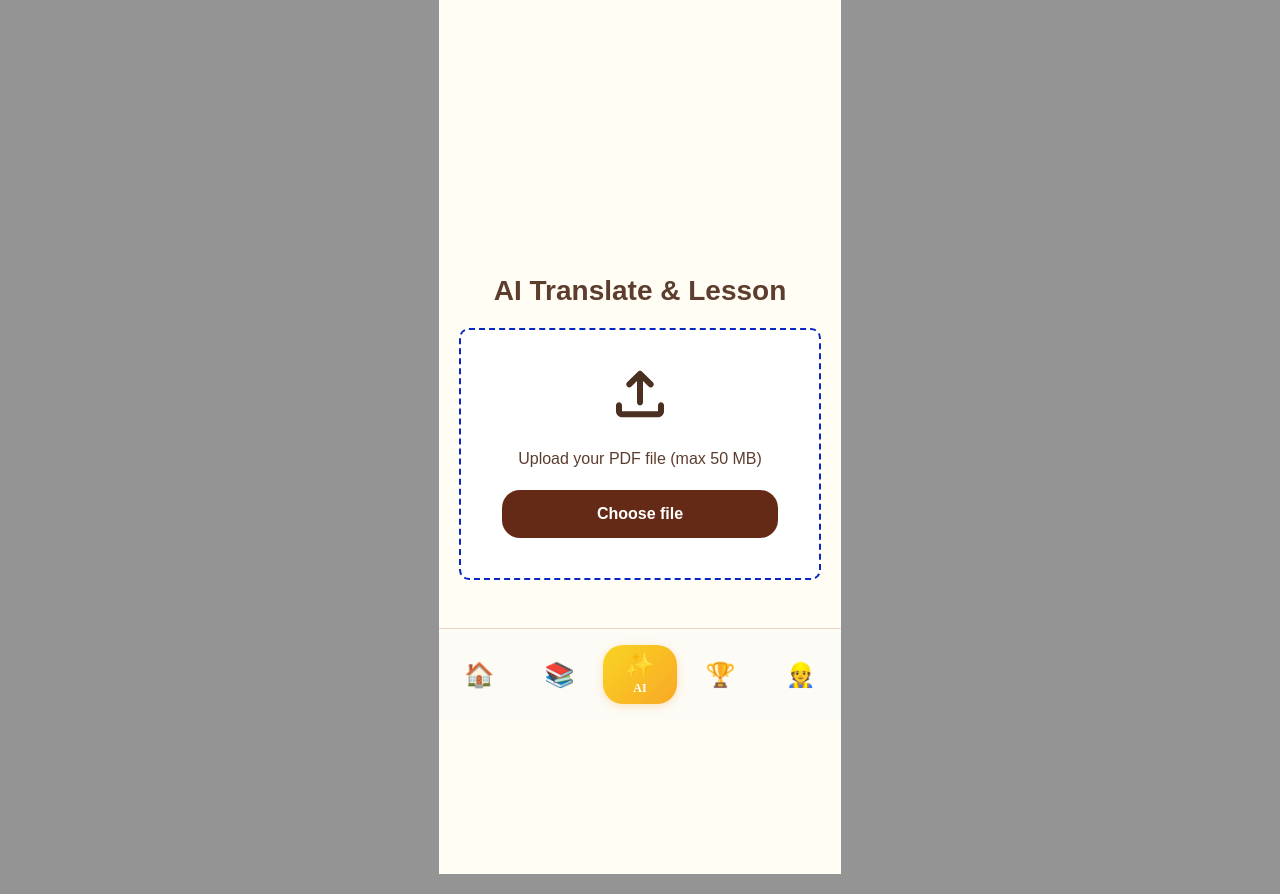
Repository: richelletiongson/Jargon_FrontendShowcase
Page: / (app in jargon_frontend/)
These files come from the project's save history. The page is drawn as it stood at one moment and after a run of saves; the edit follows.
The browser window is 1280 px wide. The pictures show the whole page.
The project was rebuilt for these pictures with package versions that can differ from the ones it lists, and the page was loaded fresh each time. Also part of the build but not shown: jargon_frontend/vite.config.js, jargon_frontend/src/index.css, jargon_frontend/src/home_pages/Home.jsx, jargon_frontend/src/course_pages/Course.jsx, jargon_frontend/src/charts_pages/Charts.jsx, jargon_frontend/src/profile_pages/Profile.jsx.

Above is the page before, as saved 2025-10-22 15:18:35.

After the next 5 saves:
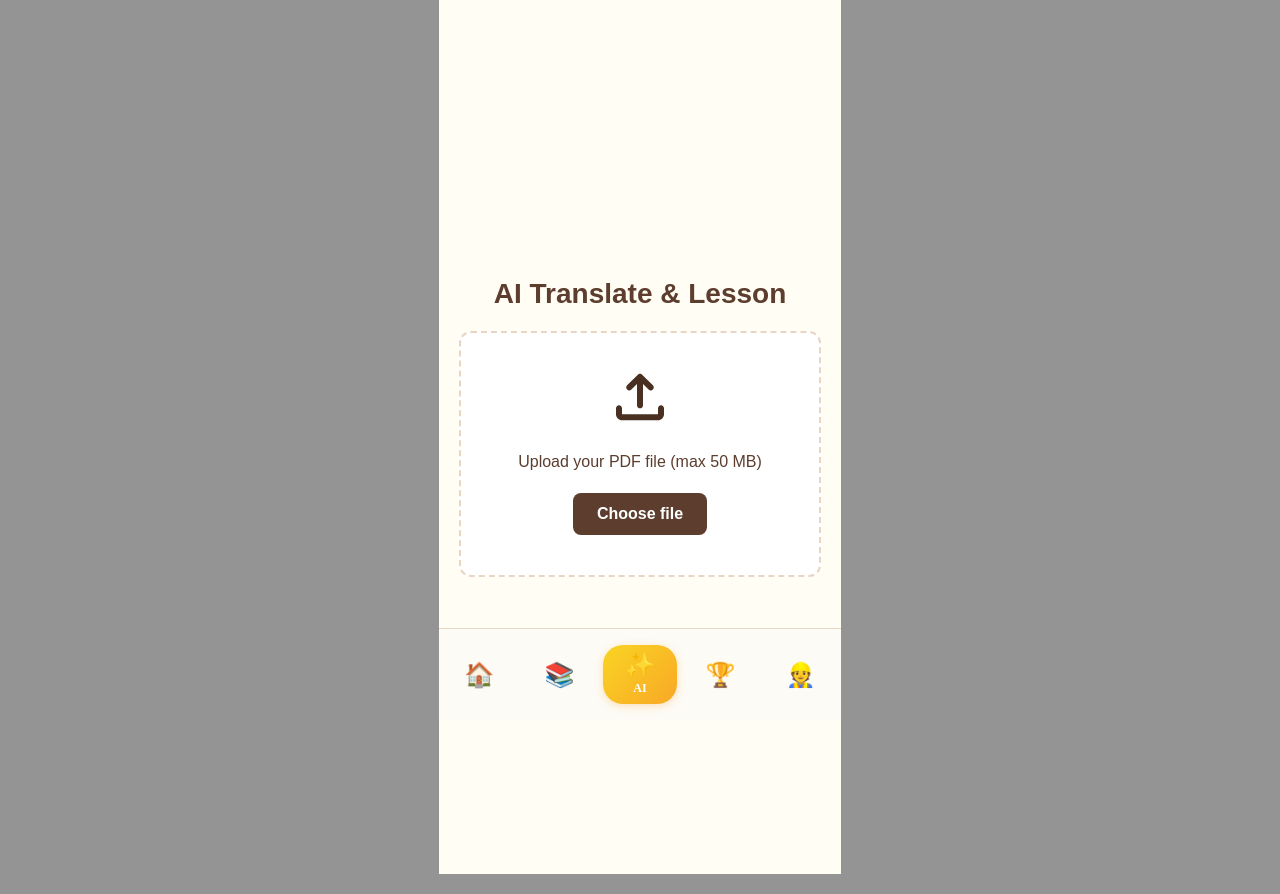
The 5 saves are shown as one change because they came seconds apart.
The last was saved 4 min 27 s later.
--- a/jargon_frontend/src/ai_pages/AI.css
+++ b/jargon_frontend/src/ai_pages/AI.css
@@ -26,7 +26,7 @@
   font-size: 28px;
   font-weight: bold;
   color: #5C3D2E;
-  margin: 0;
+  margin: 0 0 40px 0;
   padding: 0;
   line-height: 1.2;
 }
@@ -39,8 +39,8 @@
 
 .file-upload-area {
   background-color: white;
-  border: 2px dashed #0828C0;
-  border-radius: 10px;
+  border: 2px dashed #E8D5C4;
+  border-radius: 12px;
   padding: 40px 20px;
   display: flex;
   flex-direction: column;
@@ -51,7 +51,7 @@
 .upload-icon {
   width: 48px;
   height: 48px;
-  color: #6F2E17;
+  color: #5C3D2E;
   margin-bottom: 10px;
 }
 
@@ -63,17 +63,18 @@
 }
 
 .choose-file-btn {
-  background-color: #652A15;
+  background-color: #5C3D2E;
   color: white;
-  border-radius: 18px;
+  border-radius: 8px;
   border: none;
   font-size: 16px;
   font-weight: 600;
   display: flex;
   justify-content: center;
   align-items: center;
-  width: 276px;
-  height: 48px;
+  padding: 12px 24px;
+  cursor: pointer;
+  transition: background-color 0.3s ease;
 }
 
 .selected-file {
